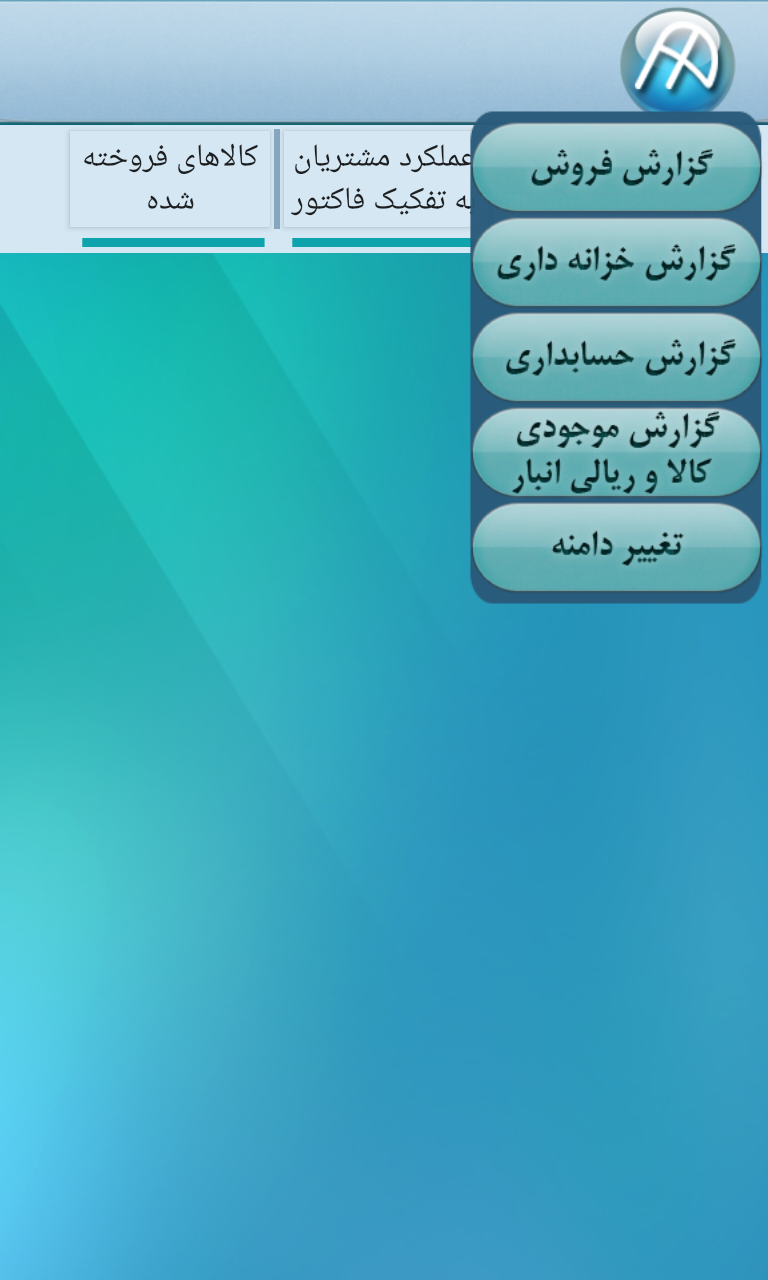
Repository: AtiehPardaz/Reports-Mobile
Layout: Reportsmobile/res/layout/activity_forosh.xml
The author's editor kept a copy of each file at every save. The layout is drawn from the files as they stood at one save, then again after the next save.
It is drawn on a 768 x 1280 px phone screen (xhdpi) without system bars, with theme AppTheme; the app's code is not run. Lists and similar views that code fills are empty.

Above is the layout before, as saved 2015-03-09 14:11:17.

After the next save:
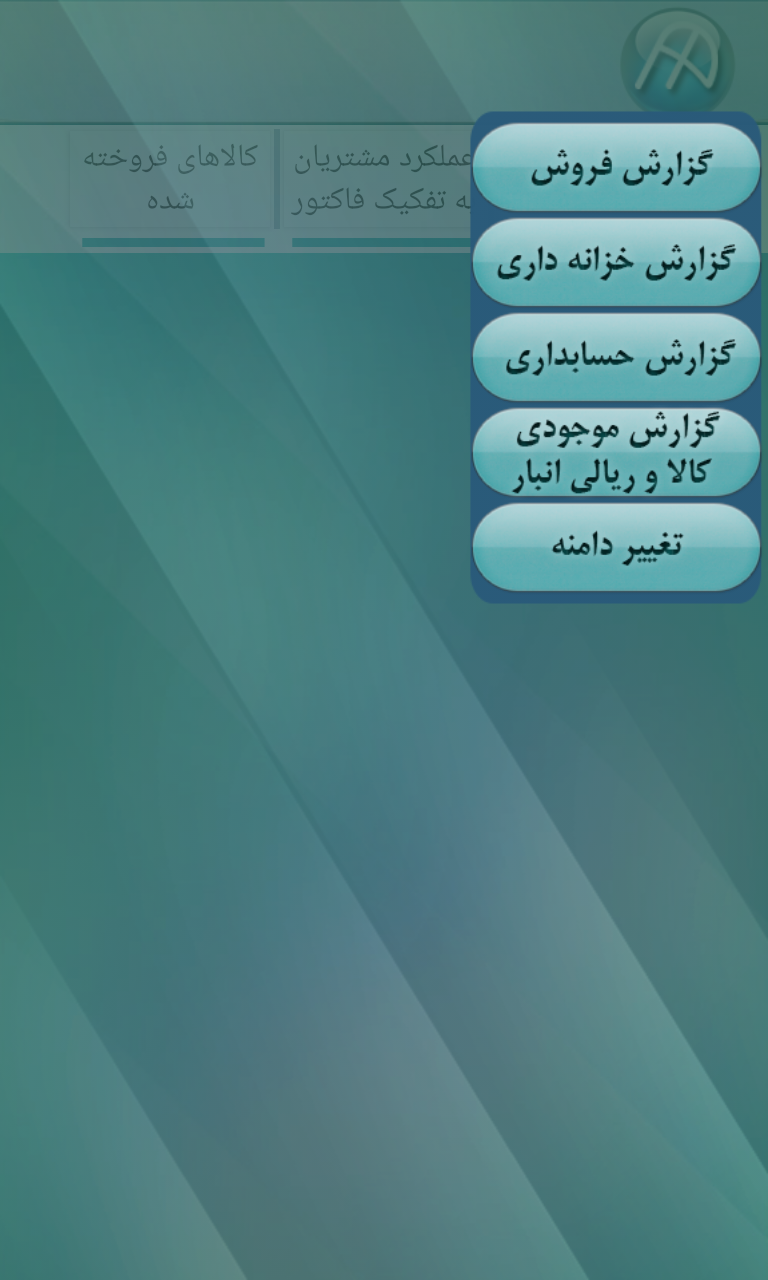
Saved 4 min 27 s later.
--- a/Reportsmobile/res/layout/activity_forosh.xml
+++ b/Reportsmobile/res/layout/activity_forosh.xml
@@ -120,7 +120,9 @@
         android:id="@+id/linearmenu_forosh"
         android:layout_width="match_parent"
         android:layout_height="match_parent"
-        android:gravity="right" >
+        android:background="@drawable/backmenutransparent"
+        android:gravity="right"
+        android:visibility="visible" >
 
         <LinearLayout
             android:layout_width="wrap_content"
